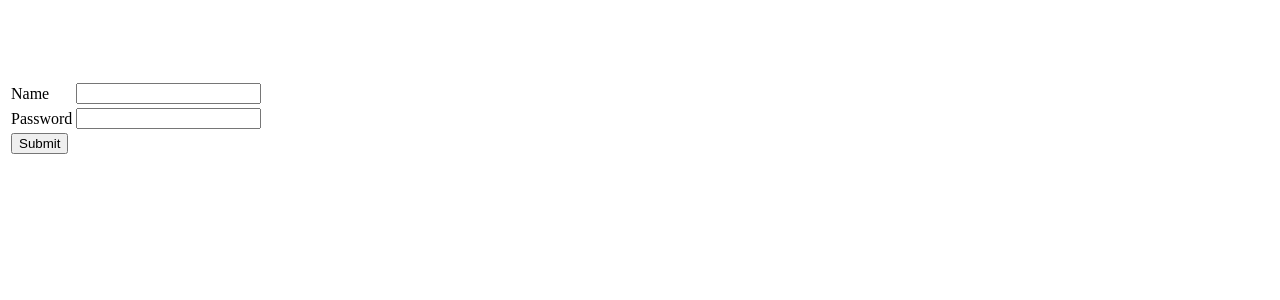
Repository: Jeevith-U/Advance-Java
Page: http://localhost/Food_App/Login.jsp
These files come from the project's save history. The page is drawn as it stood at one moment and after the next save; the edit follows.
The browser window is 1280 px wide. The pictures show the whole page.
The page is served by Tomcat 9. Other server files are loaded and not shown.

Above is the page before, as saved 2023-08-22 10:13:26.

### Projects/Food_App/src/main/webapp/Login.jsp
<%@ page language="java" contentType="text/html; charset=ISO-8859-1"
	pageEncoding="ISO-8859-1"%>
<!DOCTYPE html>
<html>
<head>
<meta charset="ISO-8859-1">
<title>Insert title here</title>
</head>
<body>

	<form action="login" method="post">
		<table>

			<tr>
				<td><label for="name">Name</label></td>
				<td><input type="text" id="name" name="name"></td>
				<br>
				<br>

			</tr>
			<tr>
				<td><label for="pass">Password</label></td>
				<td><input type="password" id="pass" name="pass"></td>
			</tr>
			<br>
			<br>
			<tr>
				<td style="margin-left: 50px;"><input type="submit"></td>
			</tr>
		</table>
	</form>
</body>
</html>

After the next save:
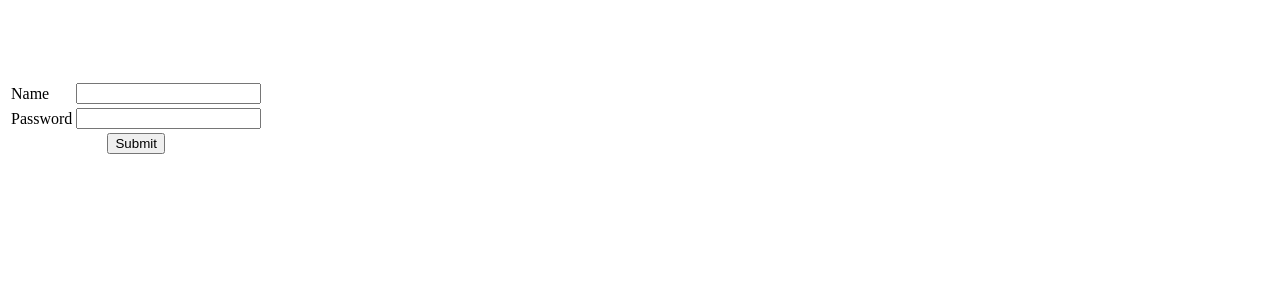
Saved 19 s later.
--- a/Projects/Food_App/src/main/webapp/Login.jsp
+++ b/Projects/Food_App/src/main/webapp/Login.jsp
@@ -25,7 +25,7 @@
 			<br>
 			<br>
 			<tr>
-				<td style="margin-left: 50px;"><input type="submit"></td>
+				<td colspan="2" align="center"><input type="submit"></td>
 			</tr>
 		</table>
 	</form>
